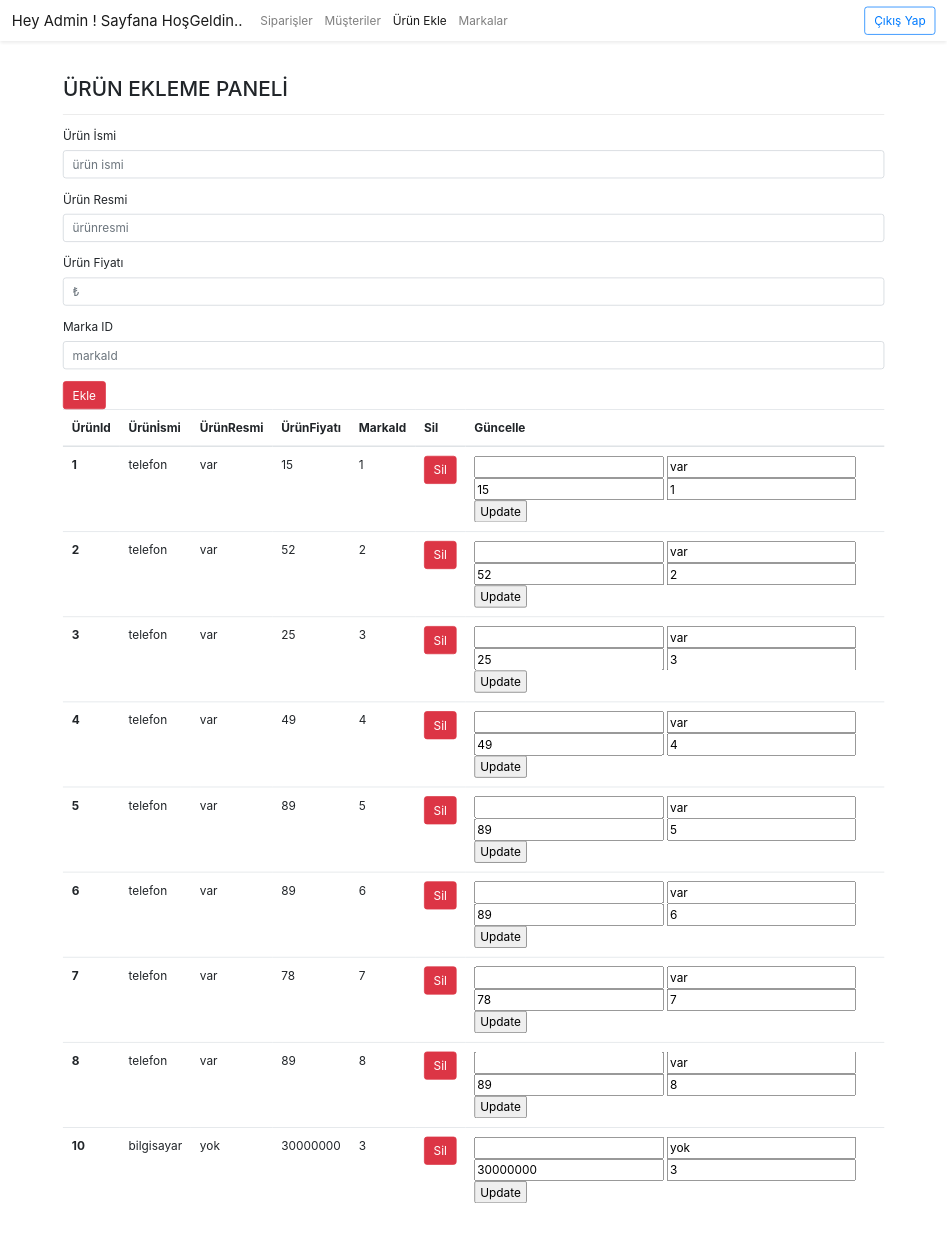
Repository: NergisAktug/E-Commerce-PythonWithFlask-Sqlite3
Page: http://localhost/urunEkle
The author's editor kept a copy of each file at every save. The page is drawn from the files as they stood at one save, then again after the next save.
The browser window is 1280 px wide. The pictures show the whole page, at 74% of full size.
Some web libraries are served in a nearby version. The page is served by the project's application, run on Flask 3 (app.py). The page reads the database file committed with the project.

Above is the page before, as saved 2018-12-09 23:09:21.

After the next save:
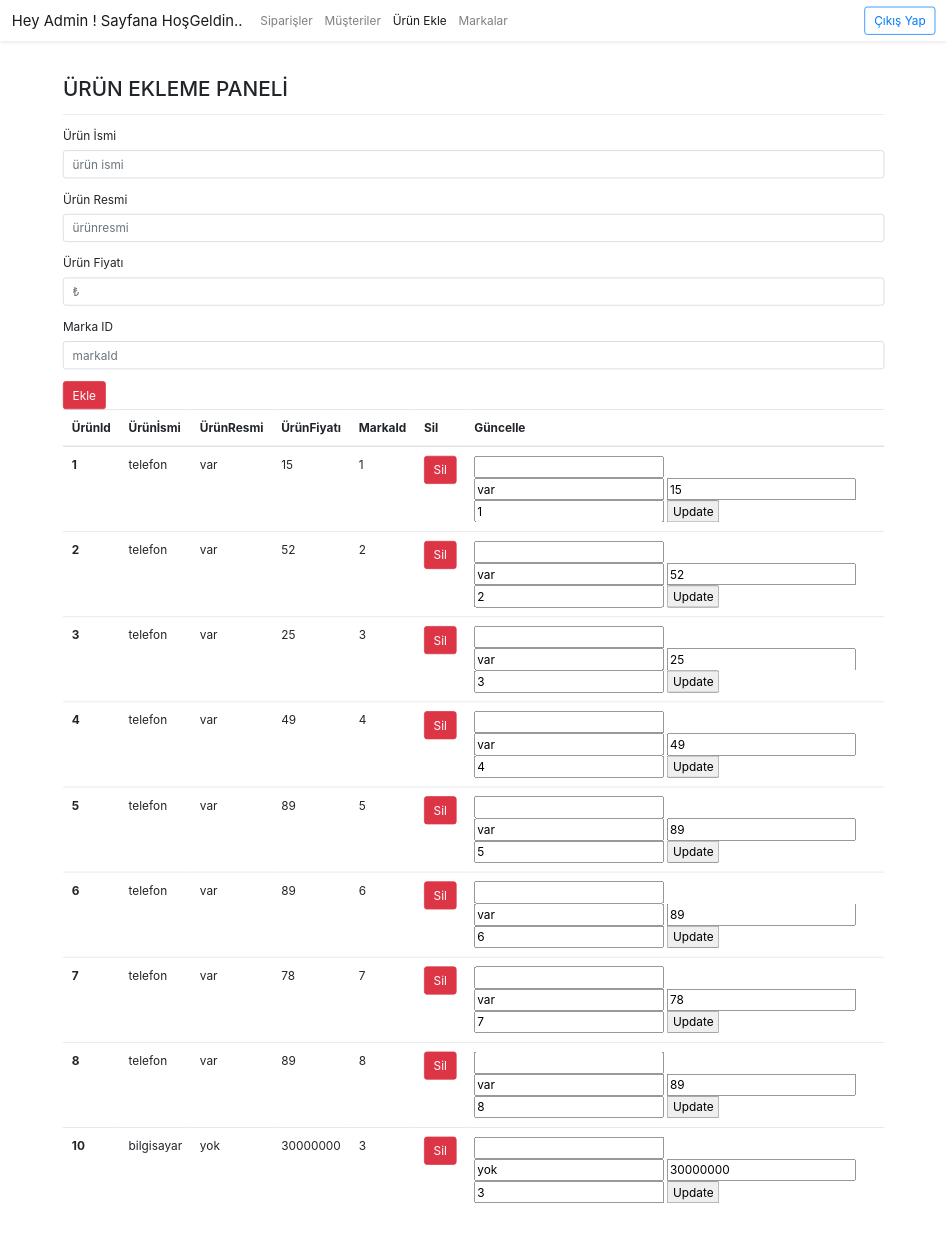
Saved 4 min 29 s later.
--- a/templates/urunEkle.html
+++ b/templates/urunEkle.html
@@ -88,8 +88,8 @@
                         <td>{{veri.markaId}}</td>
                         <td><a href="/sil/{{veri.urun_id}}" class="btn btn-danger">Sil</a></td>
                         <td>
-                            <form method="POST" action="/guncelle/{{veri.urun_id}}" style="display: inline;width:20%">
-                              <input type="text" value="{{veri.ismi}}" name="urunİsmi">
+                            <form method="POST" action="/guncelle/{{veri.urun_id}}" style="display: inline">
+                              <input type="text" value="{{veri.ismi}}" name="urunİsmi"><br>
                               <input type="text" value="{{veri.urunresmi}}" name="urunresmi">
                               <input type="number" value="{{veri.urunFiyati}}" name="urunFiyati">
                               <input type="number" value="{{veri.markaId}}" name="markaId">
